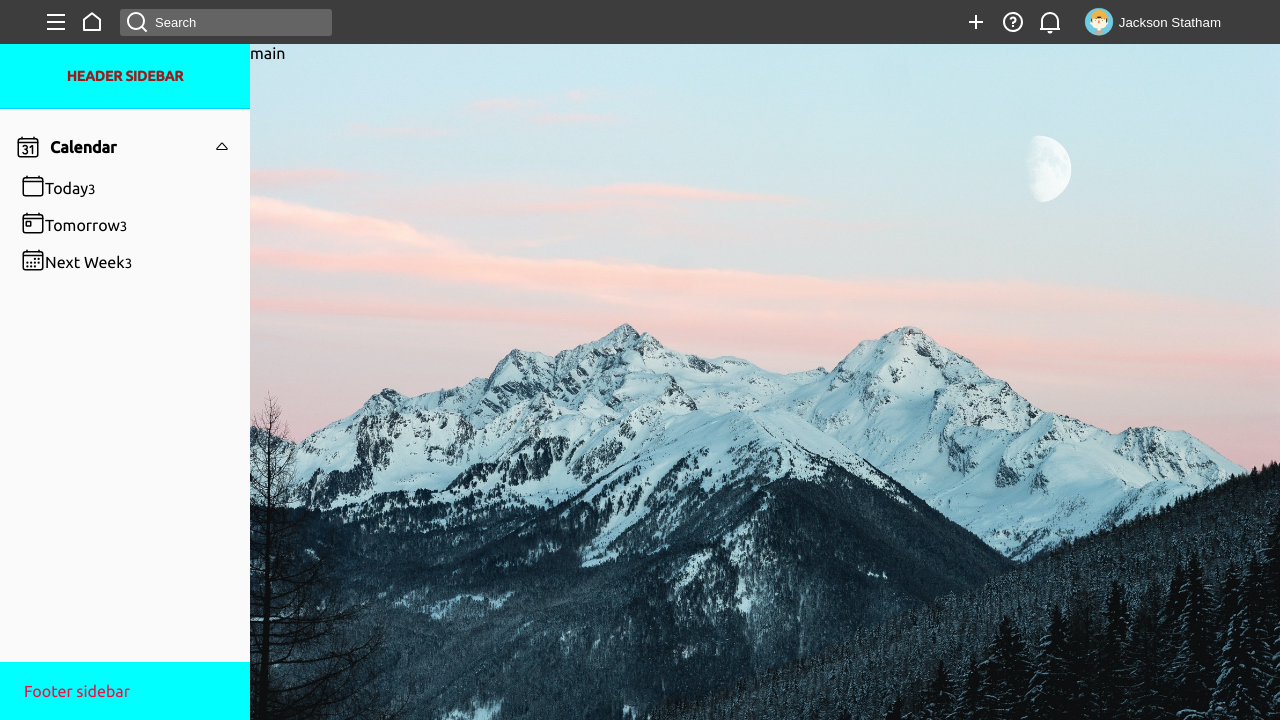
Repository: huuthe1999/to-do-list
Page: /
The author's editor kept a copy of each file at every save. The page is drawn from the files as they stood at one save, then again after the next save.
The browser window is 1280 px wide. The pictures show the whole page.
The project was rebuilt for these pictures with package versions that can differ from the ones it lists, and the page was loaded fresh each time. Also part of the build but not shown: src/components/form/addForm/addForm.scss, src/components/form/addForm/AddForm.js, src/components/modal/modal.scss, src/components/modal/Modal.js.

Above is the page before, as saved 2022-02-17 15:06:00.

### public/index.html
<!DOCTYPE html>
<html lang="en">
	<head>
		<meta charset="utf-8" />
		<link rel="icon" href="%PUBLIC_URL%/favicon.ico" />
		<meta name="viewport" content="width=device-width, initial-scale=1" />
		<meta name="theme-color" content="#000000" />
		<meta
			name="description"
			content="Web site created using create-react-app"
		/>
		<link rel="apple-touch-icon" href="%PUBLIC_URL%/logo192.png" />
		<!--
      manifest.json provides metadata used when your web app is installed on a
      user's mobile device or desktop. See https://developers.google.com/web/fundamentals/web-app-manifest/
    -->
		<link rel="manifest" href="%PUBLIC_URL%/manifest.json" />
		<!--
      Notice the use of %PUBLIC_URL% in the tags above.
      It will be replaced with the URL of the `public` folder during the build.
      Only files inside the `public` folder can be referenced from the HTML.

      Unlike "/favicon.ico" or "favicon.ico", "%PUBLIC_URL%/favicon.ico" will
      work correctly both with client-side routing and a non-root public URL.
      Learn how to configure a non-root public URL by running `npm run build`.
    -->
		<title>React Redux App</title>
	</head>
	<body>
		<noscript>You need to enable JavaScript to run this app.</noscript>
		<div id="modal"></div>
		<div id="root"></div>
		<!--
      This HTML file is a template.
      If you open it directly in the browser, you will see an empty page.

      You can add webfonts, meta tags, or analytics to this file.
      The build step will place the bundled scripts into the <body> tag.

      To begin the development, run `npm start` or `yarn start`.
      To create a production bundle, use `npm run build` or `yarn build`.
    --></body>
</html>

### src/index.js
import React from 'react';
import ReactDOM from 'react-dom';
import { Provider } from 'react-redux';
import App from './App';
import { store } from './app/store';

ReactDOM.render(
	<React.StrictMode>
		<Provider store={store}>
			<App />
		</Provider>
	</React.StrictMode>,
	document.getElementById('root'),
);

### src/App.js
import React from 'react';
// import { Counter } from './features/counter/Counter';
import './App.scss';
import Main from './components/main/Main';
import SideBar from './components/sideBar/SideBar';
import TopBar from './components/topBar/TopBar';
function App() {
	return (
		<div className='app'>
			<TopBar />
			<div className='container'>
				<SideBar />
				<Main />
			</div>
		</div>
	);
}

export default App;

### src/App.scss
@import url('https://fonts.googleapis.com/css2?family=Ubuntu:wght@300;400;500&display=swap');
*,
*::before,
*::after {
	margin: 0;
	padding: 0;
	box-sizing: border-box;
}

:root {
	--icon-color: #fff;
	--icon-size: 40px;

	--bg: rgb(53, 42, 42);
	--bg-input: hsla(0, 0%, 100%, 0.2);
	// Header
	--hd-text-color: #ffffff;
	--hd-icon-color-hover: #202020;
}

.app {
	font-family: 'Ubuntu', sans-serif;
	font-size: 16px;
	width: 100vw;
	height: 100vh;
	background-color: var(--bg);
	overflow: hidden;
}

.container {
	display: flex;
	height: calc(100% - 44px);
}

button {
	border: none;
	outline: none;
	cursor: pointer;
	background-color: transparent;
}

a {
	text-decoration: none;
}

ul {
	list-style-type: none;
}

### src/components/main/Main.js
import './main.scss';

const Main = () => {
	return <div className='main'>main</div>;
};

export default Main;

### src/components/sideBar/SideBar.js
import Calendar from '../calendar/Calendar';
import './sideBar.scss';

const SideBar = () => {
	return (
		<div className='sidebar'>
			<div className='sidebar__inner'>
				<div className='sidebar__layout'>
					<div className='sidebar__layout-header'>
						<p>Header sidebar</p>
					</div>
					<div className='sidebar__layout-content'>
						<Calendar />
					</div>
					<div className='sidebar__layout-footer'>Footer sidebar</div>
				</div>
			</div>
		</div>
	);
};

export default SideBar;

### src/components/topBar/TopBar.js
import { useState } from 'react';
import {
	RiAddLine,
	RiHomeLine,
	RiMenuLine,
	RiNotification2Line,
	RiQuestionLine,
	RiSearchLine,
} from 'react-icons/ri';
import Avatar from '../../assets/images/avatar.png';
import AddForm from '../form/addForm/AddForm';
import Modal from '../modal/Modal';
import './topbar.scss';
const TopBar = () => {
	const [modal, setShowModal] = useState(false);
	return (
		<header className='topbar'>
			<div className='topbar__inner'>
				<div className='topbar__inner-leftControl'>
					<button className='topbar__button leftControl'>
						<RiMenuLine className='topbar__button-icon' />
					</button>

					<button className='topbar__button leftControl'>
						<RiHomeLine className='topbar__button-icon' />
					</button>
					<div className='topbar__inner-leftControl-search'>
						<RiSearchLine className='topbar__button-icon topbar__button-icon-search' />
						<input type='text' placeholder='Search' />
					</div>
				</div>
				<div className='topbar__inner-rightControl'>
					<Modal showModal={modal} setShowModal={setShowModal}>
						<AddForm setShowModal={setShowModal} />
					</Modal>
					<button className='topbar__button rightControl'>
						<RiAddLine
							className='topbar__button-icon'
							onClick={() => setShowModal(true)}
						/>
					</button>
					<button className='topbar__button rightControl'>
						<RiQuestionLine className='topbar__button-icon' />
					</button>
					<button className='topbar__button rightControl'>
						<RiNotification2Line className='topbar__button-icon' />
					</button>
					<button className='topbar__button info'>
						<img src={Avatar} alt='avatar' />
						<p>Jackson Statham</p>
					</button>
				</div>
			</div>
		</header>
	);
};

export default TopBar;

### src/features/counter/counterSlice.js
import { createAsyncThunk, createSlice } from '@reduxjs/toolkit';
import { fetchCount } from './counterAPI';

const initialState = {
  value: 0,
  status: 'idle',
};

// The function below is called a thunk and allows us to perform async logic. It
// can be dispatched like a regular action: `dispatch(incrementAsync(10))`. This
// will call the thunk with the `dispatch` function as the first argument. Async
// code can then be executed and other actions can be dispatched. Thunks are
// typically used to make async requests.
export const incrementAsync = createAsyncThunk(
  'counter/fetchCount',
  async (amount) => {
    const response = await fetchCount(amount);
    // The value we return becomes the `fulfilled` action payload
    return response.data;
  }
);

export const counterSlice = createSlice({
  name: 'counter',
  initialState,
  // The `reducers` field lets us define reducers and generate associated actions
  reducers: {
    increment: (state) => {
      // Redux Toolkit allows us to write "mutating" logic in reducers. It
      // doesn't actually mutate the state because it uses the Immer library,
      // which detects changes to a "draft state" and produces a brand new
      // immutable state based off those changes
      state.value += 1;
    },
    decrement: (state) => {
      state.value -= 1;
    },
    // Use the PayloadAction type to declare the contents of `action.payload`
    incrementByAmount: (state, action) => {
      state.value += action.payload;
    },
  },
  // The `extraReducers` field lets the slice handle actions defined elsewhere,
  // including actions generated by createAsyncThunk or in other slices.
  extraReducers: (builder) => {
    builder
      .addCase(incrementAsync.pending, (state) => {
        state.status = 'loading';
      })
      .addCase(incrementAsync.fulfilled, (state, action) => {
        state.status = 'idle';
        state.value += action.payload;
      });
  },
});

export const { increment, decrement, incrementByAmount } = counterSlice.actions;

// The function below is called a selector and allows us to select a value from
// the state. Selectors can also be defined inline where they're used instead of
// in the slice file. For example: `useSelector((state: RootState) => state.counter.value)`
export const selectCount = (state) => state.counter.value;

// We can also write thunks by hand, which may contain both sync and async logic.
// Here's an example of conditionally dispatching actions based on current state.
export const incrementIfOdd = (amount) => (dispatch, getState) => {
  const currentValue = selectCount(getState());
  if (currentValue % 2 === 1) {
    dispatch(incrementByAmount(amount));
  }
};

export default counterSlice.reducer;

### src/components/main/main.scss
.main {
	width: 100%;
	height: 100%;
	background-image: url(../../assets/images/bg_main.jpg);
	background-repeat: no-repeat;
	background-size: cover;
	overflow-y: auto;
}

### src/components/calendar/Calendar.js
import React from 'react';
import { BsCaretUp } from 'react-icons/bs';
import {
	IoCalendarClearOutline,
	IoCalendarNumberOutline,
	IoCalendarOutline,
	IoTodayOutline,
} from 'react-icons/io5';
import './calendar.scss';
import CalendarItem from './calendarItem/CalendarItem';
const calendarList = [
	{ id: 1, name: 'Today', icon: <IoCalendarClearOutline size='24px' /> },
	{ id: 2, name: 'Tomorrow', icon: <IoTodayOutline size='24px' /> },
	{ id: 3, name: 'Next Week', icon: <IoCalendarOutline size='24px' /> },
];
const Calendar = () => {
	return (
		<div className='calendar'>
			<div className='calendar__header'>
				<div className='calendar__header--title'>
					<IoCalendarNumberOutline size='24px' />
					<p>Calendar</p>
				</div>
				<div className='calendar__header--expand'>
					<span>
						<BsCaretUp />
					</span>
				</div>
			</div>
			<div className='calendar__content'>
				<div className='calendar__content--wrapper'>
					<div className='calendar__content--wrapper--inner'>
						<ul className='calendar__content--list'>
							{calendarList.map(({ id, name, icon }) => (
								<CalendarItem
									key={id}
									name={name}
									icon={icon}
								/>
							))}
						</ul>
					</div>
				</div>
			</div>
		</div>
	);
};

export default Calendar;

### src/components/sideBar/sideBar.scss
.sidebar {
	position: relative;
	z-index: 109;
	height: 100%;
	background-color: aqua;
	min-width: 250px;
	width: 300px;
	transition: all 0.3s cubic-bezier(0.4, 0, 0.2, 1);

	&__inner {
		height: 100%;
		position: relative;
		z-index: 101;
	}

	&__layout {
		height: 100%;
		overflow-y: auto;
		overflow-x: hidden;
		display: flex;
		flex-direction: column;
		position: relative;
		z-index: 101;

		&-header {
			border-bottom: 1px solid rgba(8, 41, 228, 0.2);

			p {
				text-align: center;
				color: rgb(160, 25, 25);
				padding: 24px;
				font-weight: bold;
				font-size: 14px;
				text-transform: uppercase;
			}
		}

		&-content {
			flex-grow: 1;
			padding: 1rem 0.5rem 1rem 1rem;
			background-color: #fafafa;
		}

		&-footer {
			padding: 20px 24px;
			color: rgb(245, 12, 62);
		}
	}
}

### src/components/topBar/topbar.scss
.topbar {
	display: flex;
	justify-content: center;
	align-items: center;
	background-color: #3d3d3d;
	flex-shrink: 0;
	padding: 0px 42px;
	font-size: 13px;
	color: #202020;
	height: 44px;

	&__inner {
		display: flex;
		justify-content: space-between;
		background-color: transparent;
		width: 100%;
		height: 100%;

		&-leftControl {
			display: flex;
			align-items: center;
			justify-content: flex-start;

			&-search {
				display: flex;
				align-items: center;
				position: relative;
				margin-left: 6px;

				&:hover {
					input {
						background-color: var(--hd-text-color);
						&::placeholder {
							color: var(--hd-icon-color-hover);
						}
					}
					* {
						color: var(--hd-icon-color-hover);
					}
				}

				input {
					font-size: 13px;
					color: var(--hd-text-color);
					background-color: var(--bg-input);
					outline: 0;
					border-radius: 3px;
					border: 1px solid transparent;
					padding: 5px 0 5px 34px;
					transition: all 0.15s cubic-bezier(0.4, 0, 0.2, 0.1);
					transition-property: background-color;

					&::placeholder {
						color: var(--hd-text-color);
					}
				}
			}
		}

		&-rightControl {
			display: flex;
			align-items: center;
			height: 44px;
			padding: 0px 12px;

			img {
				width: 100%;
				height: 100%;
			}
		}
	}

	&__button {
		display: flex;
		justify-content: center;
		align-items: center;
		border-radius: 3px;

		&:hover {
			background-color: var(--bg-input);
		}

		&.leftControl {
			height: 28px;
			min-width: 28px;
			margin-right: 8px;
		}

		&.rightControl {
			height: 32px;
			min-width: 32px;
			margin-left: 5px;
		}

		&.info {
			height: 100%;
			color: var(--hd-text-color);
			margin-left: 8px;
			padding: 0px 5px;
			img {
				width: 40px;
				height: 40px;
			}
		}
		&-icon {
			font-size: 24px;
			color: var(--icon-color);

			&-search {
				position: absolute;
				left: 5px;
				top: 50%;
				transform: translateY(-50%);
				color: var(--icon-color);
			}
		}
	}
}

### src/components/calendar/calendar.scss
.calendar {
	&__header {
		display: flex;
		align-items: center;
		cursor: pointer;
		&--title {
			flex: 1;
			display: flex;
			align-items: center;
			padding: 10px 0;
			& > p {
				height: 100%;
				text-align: end;
				font-weight: 700;
				margin-left: 10px;
			}
		}
		&--expand {
			display: flex;
			align-items: center;
			margin: 0 12px 0 10px;
		}
	}
	&__content {
		height: auto;

		&--wrapper {
			display: flex;

			&--inner {
				width: 100%;
			}
		}
	}
}

### src/components/calendar/calendarItem/CalendarItem.js
import './calendarItem.scss';
const CalendarItem = ({ name, icon }) => {
	return (
		<li className='calendar__content--item'>
			<span className='calendar__content--item-icon'>{icon}</span>
			<span className='calendar__content--item-content'>
				{name}
				<small>3</small>
			</span>
		</li>
	);
};

export default CalendarItem;

### src/components/calendar/calendarItem/calendarItem.scss
.calendar__content--item {
	border-radius: 5px;
	display: flex;
	align-items: center;
	padding: 5px 16px 5px 5px;
	cursor: pointer;
	background-color: transparent;

	&:hover {
		background: #ececec;
	}
}

Loaded but not shown: src/app/store.js (common file); src/features/counter/counterAPI.js (common file)

After the next save:
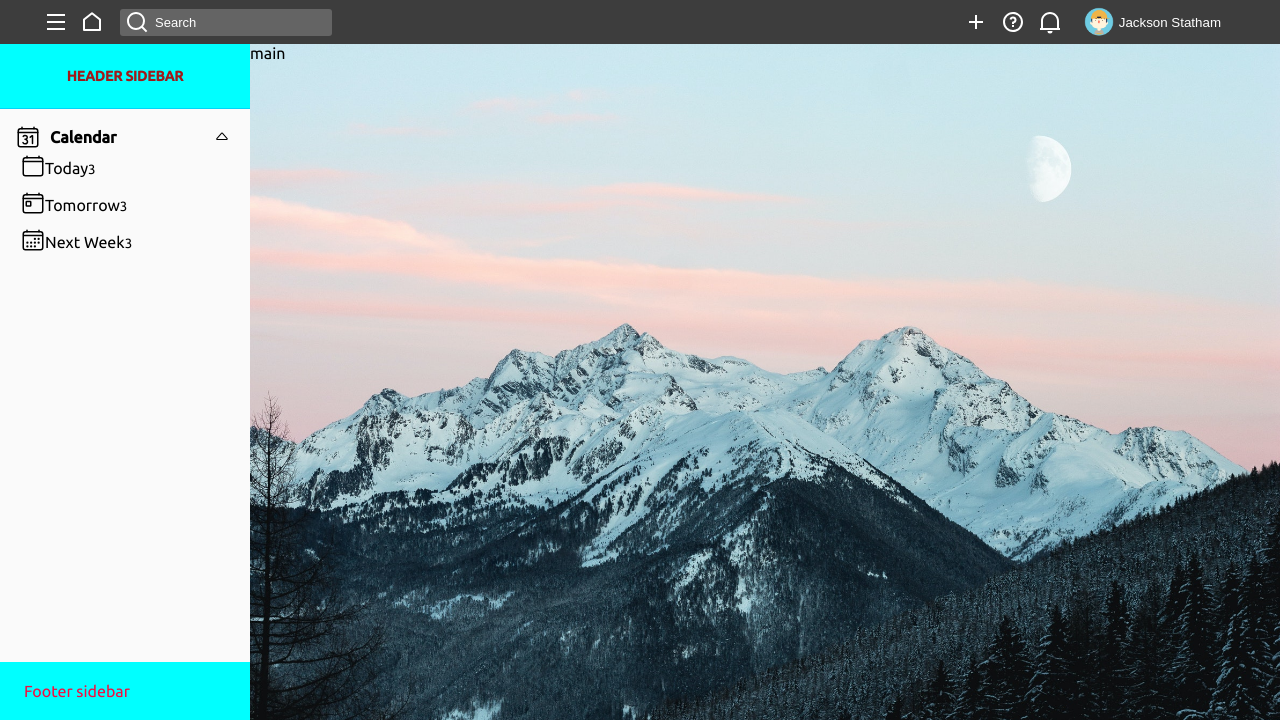
Saved 65 s later.
--- a/src/components/calendar/calendar.scss
+++ b/src/components/calendar/calendar.scss
@@ -7,7 +7,7 @@
 			flex: 1;
 			display: flex;
 			align-items: center;
-			padding: 10px 0;
+
 			& > p {
 				height: 100%;
 				text-align: end;
